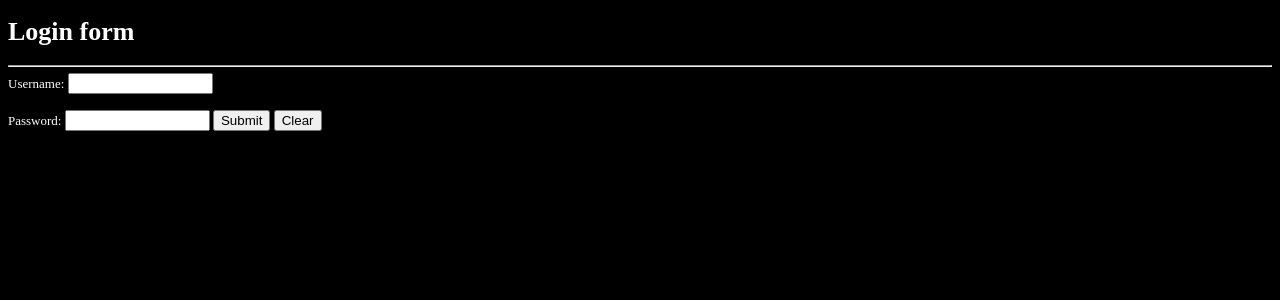
Repository: neerajagrrawal/Day8
Page: LoginApplication/WebContent/registration.html
These files come from the project's save history. The page is drawn as it stood at one moment and after the next save; the edit follows.
The browser window is 1280 px wide. The pictures show the whole page.

Above is the page before, as saved 2018-09-05 12:04:50.

### LoginApplication/WebContent/registration.html
<!DOCTYPE html>
<html>
<head>
<meta charset="ISO-8859-1">
<title>Insert title here</title>
</head>
<body bgcolor="black">
<font color="white" size="2">
<h1>Login form</h1>
<hr>
<form action="register" method="post">
<label>Username: </label>
<input type="text" name="username" size="15">
<br><br>
<label>Password: </label>
<input type="password" name="pass" size="15">
<input type="submit" value="Submit"/>
<input type="reset" value="Clear"/>
<br><br>
</form>

</body>
</html>

After the next save:
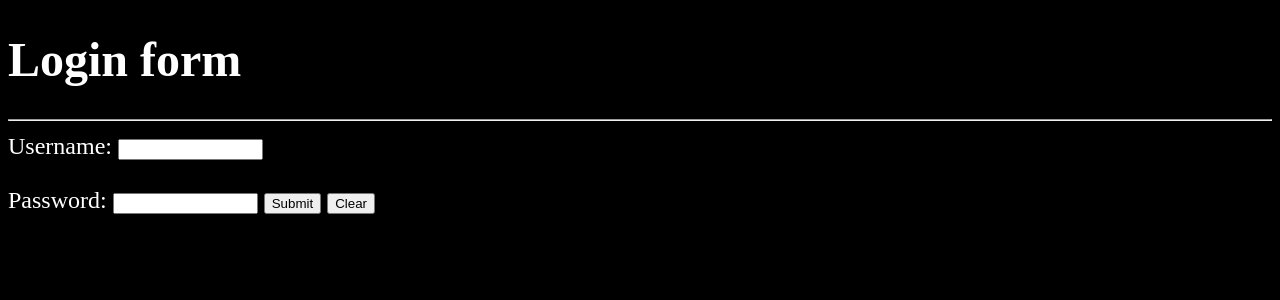
Saved 5 s later.
--- a/LoginApplication/WebContent/registration.html
+++ b/LoginApplication/WebContent/registration.html
@@ -5,7 +5,7 @@
 <title>Insert title here</title>
 </head>
 <body bgcolor="black">
-<font color="white" size="2">
+<font color="white" size="5">
 <h1>Login form</h1>
 <hr>
 <form action="register" method="post">
